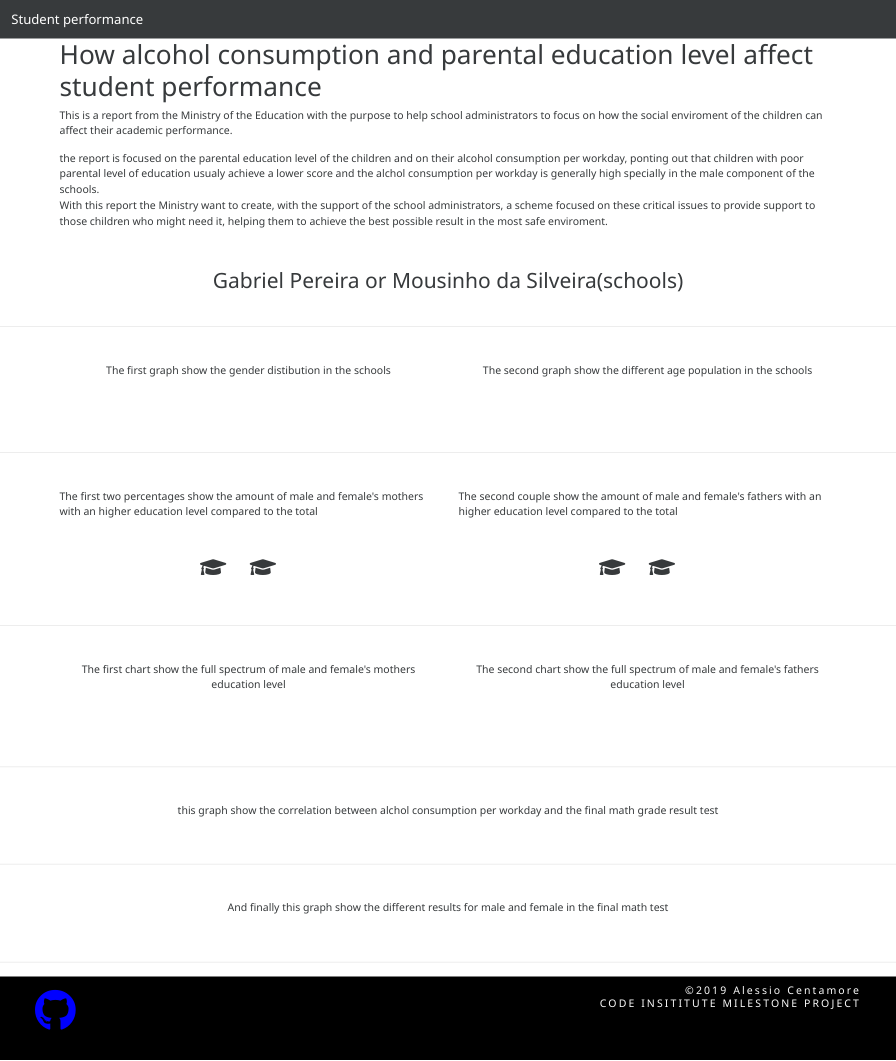
Repository: Baal89/second-milestone-project
Page: index.html
The author's editor kept a record of every edit. The page is drawn from the files as they stood at one moment, then again after the next edit.
The browser window is 1280 px wide. The pictures show the part of the page from y = 0 to 1920 px (the page is 1515 px tall before and 2839 px after), at 70% of full size.
Some web libraries are served in a nearby version.

Above is the page before.
Console error: ReferenceError: percentageMotherHigherEducation is not defined

### index.html
<!DOCTYPE html>
<html lang="en">

<head>
    <meta charset="UTF-8">
    <meta name="viewport" content="width=device-width, initial-scale=1.0">
    <meta http-equiv="X-UA-Compatible" content="ie=edge">
    <title>Student Performance</title>

    <link rel="stylesheet" href="static/css/bootstrap.min.css" type="text/css" />
    <link rel="stylesheet" href="static/css/dc.min.css" type="text/css" />
    <link rel="stylesheet" type="text/css" href="https://cdnjs.cloudflare.com/ajax/libs/font-awesome/5.10.2/css/all.css">
    <link rel="stylesheet" href="static/css/style.css" type="text/css" />

    <script type="text/javascript" src="static/js/d3.min.js"></script>
    <script type="text/javascript" src="static/js/crossfilter.min.js"></script>
    <script type="text/javascript" src="static/js/dc.min.js"></script>
    <script type="text/javascript" src="static/js/queue.min.js"></script>
    <script type="text/javascript" src="static/js/graph.js"></script>
    <script type="text/javascript" src="static/js/script.js"></script>

</head>

<body>

    <nav class="navbar navbar-expand-lg navbar-dark bg-dark">
        <a class="navbar-brand" href="#">Student performance</a>
    </nav>

    <main>
        <article class="container">
            <header>
                <h1>How alcohol consumption and parental education level affect student performance</h1>
                <p>This is a report from the Ministry of the Education with the purpose to help school administrators to focus on how the social enviroment of the children can affect their academic performance.</p>
            </header>
            <p>the report is focused on the parental education level of the children and on their alcohol consumption per workday, ponting out that children with poor parental level of education usualy achieve a lower score and the alchol consumption per
                workday is generally high specially in the male component of the schools.<br> With this report the Ministry want to create, with the support of the school administrators, a scheme focused on these critical issues to provide support to
                those children who might need it, helping them to achieve the best possible result in the most safe enviroment.
            </p>
        </article>

        <section class="section">
            <div class="container">

                <div class="row">
                    <div class="col-12 col-md-12 text-center">
                        <h2>Gabriel Pereira or Mousinho da Silveira(schools)</h2>
                    </div>
                </div>
                <div class="row">
                    <div class="col-12 col-md-12 text-center" id="discipline-selector"></div>
                </div>
            </div>
        </section>


        <section class="section">
            <div class="container">

                <div class="row">
                    <div class="col-12 col-lg-6 text-center">
                        <p class="section-paragraph">The first graph show the gender distibution in the schools</p>
                    </div>
                    <div class="col-12 col-lg-6 text-center">
                        <p class="section-paragraph">The second graph show the different age population in the schools</p>
                    </div>
                </div>

                <div class="row">
                    <div class="col-12 col-lg-6 text-center custom-chart" id="sex-distribution"></div>
                    <div class="col-12 col-lg-6 text-center custom-chart" id="age-distribution"></div>
                </div>
            </div>
        </section>


        <section class="section">
            <div class="container">

                <div class="row">
                    <div class="col-12 col-lg-6">
                        <p class="section-paragraph">The first two percentages show the amount of male and female's mothers with an higher education level compared to the total</p>
                    </div>
                    <div class="col-12 col-lg-6">
                        <p class="section-paragraph">The second couple show the amount of male and female's fathers with an higher education level compared to the total</p>
                    </div>
                </div>
                <div class="row">
                    <div class="col-12 col-lg-6 text-center percentage">
                        <i class="fas fa-graduation-cap" aria-hidden="true"></i><span class="number-box" id="percentage-of-female-mother-higher-education"></span>
                        <i class="fas fa-graduation-cap" aria-hidden="true"></i><span class="number-box" id="percentage-of-male-mother-higher-education"></span>
                    </div>
                    <div class="col-12 col-lg-6 text-center percentage">
                        <i class="fas fa-graduation-cap" aria-hidden="true"></i><span class="number-box" id="percentage-of-female-father-higher-education"></span>
                        <i class="fas fa-graduation-cap" aria-hidden="true"></i><span class="number-box" id="percentage-of-male-father-higher-education"></span>
                    </div>
                </div>
            </div>
        </section>



        <section class="section">
            <div class="container">

                <div class="row">
                    <div class="col-12 col-lg-6 text-center">
                        <p class="section-paragraph">The first chart show the full spectrum of male and female's mothers education level</p>
                    </div>
                    <div class="col-12 col-lg-6 text-center">
                        <p class="section-paragraph">The second chart show the full spectrum of male and female's fathers education level</p>
                    </div>
                </div>
                <div class="row">
                    <div class="col-12 col-lg-6 text-center custom-chart" id="mother-education"></div>
                    <div class="col-12 col-lg-6 text-center custom-chart" id="father-education"></div>
                </div>
            </div>
        </section>


        <section class="section">
            <div class="container">

                <div class="row">
                    <div class="col-12 text-center">
                        <p class="section-paragraph">this graph show the correlation between alchol consumption per workday and the final math grade result test</p>
                    </div>
                </div>
                <div class="row">
                    <div class="col-12 text-center container-graph" id="workday-alcohol-graduation"></div>
                </div>
            </div>
        </section>


        <section class="section">
            <div class="container">

                <div class="row">
                    <div class="col-12 text-center">
                        <p class="section-paragraph">And finally this graph show the different results for male and female in the final math test</p>
                    </div>
                </div>
                <div class="row">
                    <div class="col-12 text-center container-graph" id="student-performance"></div>
                </div>
            </div>
        </section>

        <footer class="container-fluid">
            <div id="footer-details" class="row">
                <div class="col-sm-6">
                    <a target="_blank" href="https://github.com/Baal89/second-milestone-project"><i class="fab fa-github"></i></a>
                </div>
                <div class="col-sm-6">
                    <h6 class="inline-block text-right">
                        &copy;2019 Alessio Centamore <br/> CODE INSITITUTE MILESTONE PROJECT
                    </h6>
                </div>
            </div>
        </footer>
    </main>
</body>

</html>

### static/css/style.css
.section {
    border-bottom: 1px solid #e6e6e6;
    padding: 40px 0;
}

.number-box,
.fas.fa-graduation-cap {
    font-size: 30px;
}

.number-box {
    margin-right: 30px;
}

.custom-chart {
    margin-bottom: 40px;
}

.percentage {
    padding: 20px;
}

.section-paragraph {
    padding: 10px 0;
}

footer {
    background-color: #000000;
    color: #fafafa;
    min-height: 120px;
    margin: 0;

}

#footer-details {
    margin: 20px;
    letter-spacing: 0.2em;
    padding-top: 10px;
}

#footer-details a i {
    width: 50px;
    height: 50px;
    padding: 35px 0;
    border-radius: 80%;
    font-size: 60px;
    line-height: 7px;
    text-align: center;
    color: blue;
    transition: all, 0.35s ease-in-out;
    -moz-transition: all, 0.35s ease-in-out;
    -webkit-transition: all, 0.35s ease-in-out;
    -o-transition: all, 0.35s ease-in-out;
}

@media screen and (max-width: 648px) {
    .container-graph {
        overflow: hidden;
        overflow-x: scroll;
        border: none;
    }
}

### static/js/graph.js
queue()
    .defer(d3.csv, "data/student-mat.csv")
    .await(makeGraphs);

function makeGraphs(error, performanceData) {
    var ndx = crossfilter(performanceData);

    performanceData.forEach(function(d) {
        d.G3 = parseInt(d.G3);
    });

    show_discipline_selector(ndx);

    show_sex_distribution(ndx);
    show_age_distribution(ndx);
    show_mother_education(ndx);
    show_father_education(ndx);

    show_percent_higher_mother_education(ndx, "F", "#percentage-of-female-mother-higher-education");
    show_percent_higher_mother_education(ndx, "M", "#percentage-of-male-mother-higher-education");
    show_percent_higher_father_education(ndx, "F","#percentage-of-female-father-higher-education");
    show_percent_higher_father_education(ndx, "M","#percentage-of-male-father-higher-education");

    show_performance_to_workday_alcohol_cosumption(ndx);

    show_student_performance(ndx);

    dc.renderAll();
}

function show_discipline_selector(ndx) {
    var dim = ndx.dimension(dc.pluck("discipline"));
    var group = dim.group();

    dc.selectMenu("#discipline-selector")
        .dimension(dim)
        .group(group);
}

function show_sex_distribution(ndx) {
    var dim = ndx.dimension(dc.pluck("sex"));
    var group = dim.group();

    dc.barChart("#sex-distribution")
        .width(500)
        .height(300)
        .margins({ top: 10, right: 50, bottom: 30, left: 50 })
        .dimension(dim)
        .group(group)
        .transitionDuration(500)
        .x(d3.scale.ordinal())
        .xUnits(dc.units.ordinal)
        .elasticY(true)
        .xAxisLabel("gender in the schools")
        .yAxis().ticks(10);
}

function show_age_distribution(ndx) {
    var dim = ndx.dimension(dc.pluck("age"));
    var group = dim.group();

    dc.barChart("#age-distribution")
        .width(500)
        .height(300)
        .margins({ top: 10, right: 50, bottom: 30, left: 50 })
        .dimension(dim)
        .group(group)
        .transitionDuration(500)
        .x(d3.scale.ordinal())
        .xUnits(dc.units.ordinal)
        .elasticY(true)
        .xAxisLabel("age population in the schools")
        .yAxis().ticks(10);
}

function show_mother_education(ndx) {

    function motherEducation(dimension, Medu) {
        return dimension.group().reduce(
            function(p, v) {
                p.total++;
                if (v.Medu == Medu) {
                    p.match++;
                }
                return p;
            },
            function(p, v) {
                p.total--;
                if (v.Medu == Medu) {
                    p.match--;
                }
                return p;
            },
            function() {
                return { total: 0, match: 0 };
            }
        );

    }
    var dim = ndx.dimension(dc.pluck("sex"));
    var noneMotherEducation = motherEducation(dim, "0");
    var firstMotherEducation = motherEducation(dim, "1");
    var secondaryMotherEducation = motherEducation(dim, "2");
    var secondaryGradeMotherEducation = motherEducation(dim, "3");
    var higherMotherEducation = motherEducation(dim, "4");


    dc.barChart("#mother-education")
        .width(500)
        .height(300)
        .dimension(dim)
        .group(noneMotherEducation, "none")
        .stack(secondaryGradeMotherEducation, "primary")
        .stack(secondaryMotherEducation, "High School")
        .stack(firstMotherEducation, "College")
        .stack(higherMotherEducation, "higher")
        .valueAccessor(function(d) {
            if (d.value.total > 0) {
                return (d.value.match / d.value.total) * 100;
            }
            else {
                return 0;
            }
        })
        .x(d3.scale.ordinal())
        .xUnits(dc.units.ordinal)
        .xAxisLabel("Mother education level per gender")
        .legend(dc.legend().x(410).y(20).itemHeight(15).gap(5))
        .margins({ top: 10, right: 100, bottom: 50, left: 50 });
}

function show_father_education(ndx) {

    function fatherEducation(dimension, Fedu) {
        return dimension.group().reduce(
            function(p, v) {
                p.total++;
                if (v.Fedu == Fedu) {
                    p.match++;
                }
                return p;
            },
            function(p, v) {
                p.total--;
                if (v.Fedu == Fedu) {
                    p.match--;
                }
                return p;
            },
            function() {
                return { total: 0, match: 0 };
            }
        );

    }
    var dim = ndx.dimension(dc.pluck("sex"));
    var noneFatherEducation = fatherEducation(dim, "0");
    var firstFatherEducation = fatherEducation(dim, "1");
    var secondaryFatherEducation = fatherEducation(dim, "2");
    var secondaryGradeFatherEducation = fatherEducation(dim, "3");
    var higherFatherEducation = fatherEducation(dim, "4");


    dc.barChart("#father-education")
        .width(500)
        .height(300)
        .dimension(dim)
        .group(noneFatherEducation, "none")
        .stack(secondaryGradeFatherEducation, "primary")
        .stack(secondaryFatherEducation, "High School")
        .stack(firstFatherEducation, "College")
        .stack(higherFatherEducation, "higher")
        .valueAccessor(function(d) {
            if (d.value.total > 0) {
                return (d.value.match / d.value.total) * 100;
            }
            else {
                return 0;
            }
        })
        .x(d3.scale.ordinal())
        .xUnits(dc.units.ordinal)
        .xAxisLabel("father education level per gender")
        .legend(dc.legend().x(420).y(20).itemHeight(15).gap(5))
        .margins({ top: 10, right: 100, bottom: 50, left: 50 });
}

function show_percent_higher_mother_education(ndx, gender, element) {
    var percentageMotherHigherEducation = ndx.groupAll().reduce(
        function(p, v) {
            if (v.sex === gender) {
                p.count++;
                if(v.Medu === "4") {
                    p.are_higher++;
                }
            }
            return p;
        },
        function(p, v) {
            if (v.sex === gender) {
                p.count--;
                if(v.Medu === "4") {
                    p.are_higher--;
                }
            }
            return p;
        },
        function() {
            return {count: 0, are_higher: 0};
        },
    );
   dc.numberDisplay(element)
        .formatNumber(d3.format(".2%"))
        .valueAccessor(function (d) {
            if (d.count == 0) {
                return 0;
            } else {
                return (d.are_higher / d.count);
            }
        })
        .group(percentageMotherHigherEducation);
}

 function show_percent_higher_father_education(ndx, gender, element) {
       var percentageFatherHigherEducation = ndx.groupAll().reduce(
        function(p, v) {
            if (v.sex === gender) {
                p.count++;
                if(v.Fedu === "4") {
                    p.are_higher++;
                }
            }
            return p;
        },
        function(p, v) {
            if (v.sex === gender) {
                p.count--;
                if(v.Fedu === "4") {
                    p.are_higher--;
                }
            }
            return p;
        },
        function() {
            return {count: 0, are_higher: 0};
        },
    );
   dc.numberDisplay(element)
        .formatNumber(d3.format(".2%"))
        .valueAccessor(function (d) {
            if (d.count == 0) {
                return 0;
            } else {
                return (d.are_higher / d.count);
            }
        })
        .group(percentageMotherHigherEducation);
 }

function show_performance_to_workday_alcohol_cosumption(ndx) {

    var genderColors = d3.scale.ordinal()
        .domain(["Female", "Male"])
        .range(["pink", "blue"]);

    var performanceDim = ndx.dimension(dc.pluck("G3"))
    var consumptionDim = ndx.dimension(function(d) {
        return [d.G3, d.Dalc, d.sex];
    });
    var workDayConsumptionGroup = consumptionDim.group();

    var minPerformance = performanceDim.bottom(1)[0].G3;
    var maxPerformance = performanceDim.top(1)[0].G3;

    dc.scatterPlot("#workday-alcohol-graduation")
        .width(800)
        .height(400)
        .x(d3.scale.linear().domain([minPerformance, maxPerformance]))
        .y(d3.scale.linear().domain([0, 10]))
        .brushOn(false)
        .symbolSize(8)
        .clipPadding(5)
        .xAxisLabel("")
        .title(function(d) {
            return "Work day Consumption: " + d.key[1] + " units";
        })
        .colors(genderColors)
        .colorAccessor(function(d) {
            return d.key[2];
        })
        .dimension(consumptionDim)
        .group(workDayConsumptionGroup)
        .xAxisLabel("final grade math results")
        .yAxisLabel("units of alchool per workday")
        .margins({ top: 10, right: 50, bottom: 75, left: 75 })
        .yAxis().ticks(5);
}


function show_student_performance(ndx) {

    function schoolPerformance(dimension, sex) {
        return dimension.group().reduce(
            function(p, v) {
                p.total++;
                if (v.sex == sex) {
                    p.match++;
                }
                return p;
            },
            function(p, v) {
                p.total--;
                if (v.sex == sex) {
                    p.match--;
                }
                return p;
            },
            function() {
                return { total: 0, match: 0 };
            }
        );
    }

    var dim = ndx.dimension(dc.pluck("G3"));
    var femalePerformance = schoolPerformance(dim, "F");
    var malePerformance = schoolPerformance(dim, "M");

    dc.barChart("#student-performance")
        .width(700)
        .height(300)
        .dimension(dim)
        .group(femalePerformance, "female")
        .stack(malePerformance, "male")
        .valueAccessor(function(d) {
            if (d.value.total > 0) {
                return (d.value.match / d.value.total) * 100;
            }
            else {
                return 0;
            }
        })
        .x(d3.scale.ordinal())
        .xUnits(dc.units.ordinal)
        .xAxisLabel("final grade math results")
        .legend(dc.legend().x(620).y(20).itemHeight(15).gap(5))
        .margins({ top: 10, right: 100, bottom: 50, left: 30 });
}

Loaded but not shown: static/css/bootstrap.min.css (library); static/css/dc.min.css (library); static/js/d3.min.js (library); static/js/crossfilter.min.js (library); static/js/dc.min.js (library); static/js/queue.min.js (common file); static/js/script.js (no copy from this time; the picture is the same without it)

After the next edit:
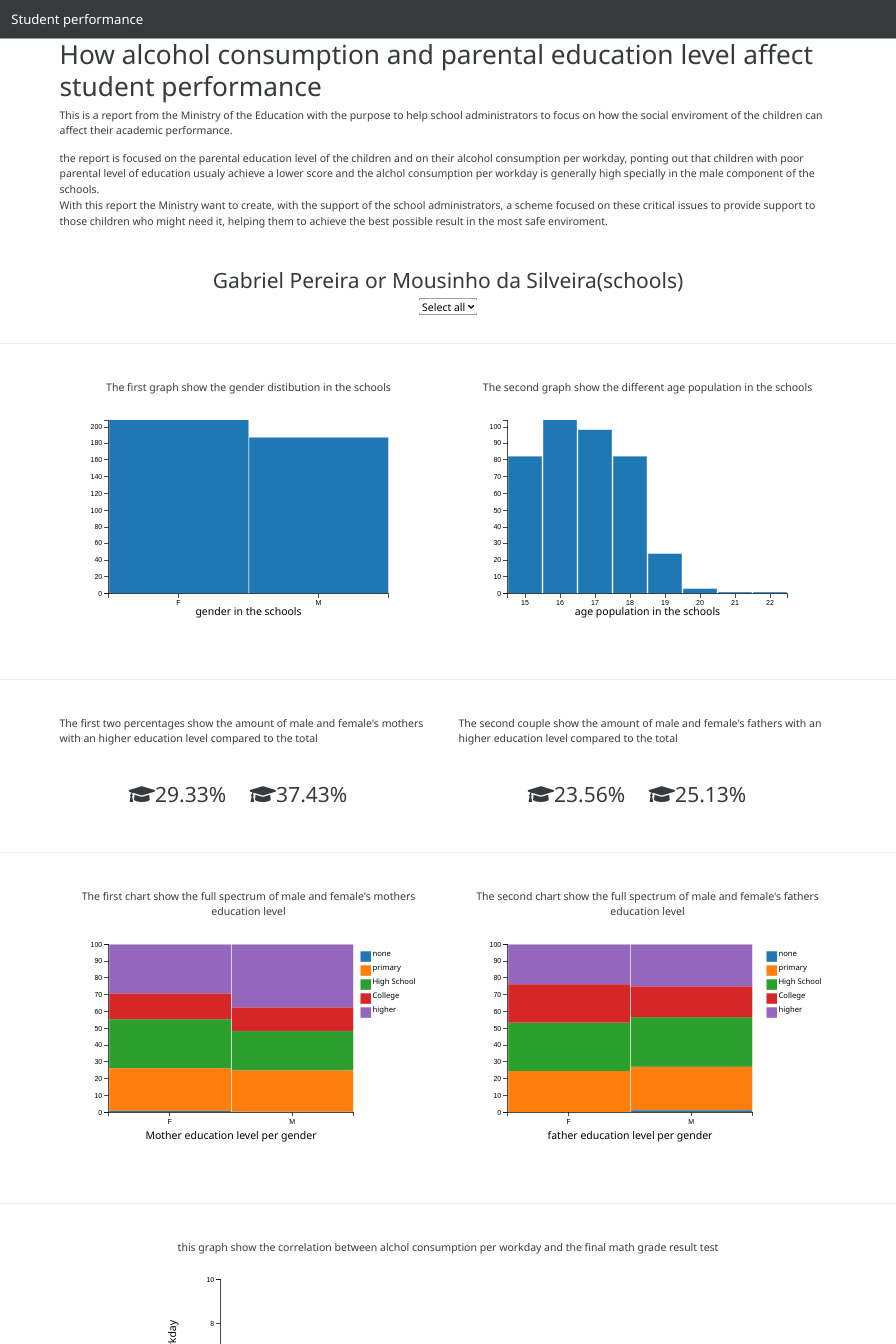
The error is gone.
The edit:
--- a/static/js/graph.js
+++ b/static/js/graph.js
@@ -254,7 +254,7 @@
                 return (d.are_higher / d.count);
             }
         })
-        .group(percentageMotherHigherEducation);
+        .group(percentageFatherHigherEducation);
  }
 
 function show_performance_to_workday_alcohol_cosumption(ndx) {
